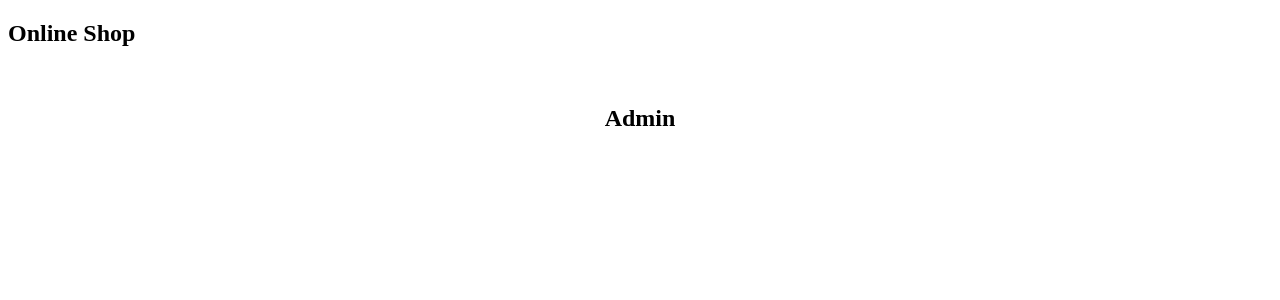
Repository: abdallahokasha/Servlets-and-JSP
Page: http://localhost/onlineShop/Admin.jsp
These files come from the project's save history. The page is drawn as it stood at one moment and after the next save; the edit follows.
The browser window is 1280 px wide. The pictures show the whole page.
The page is served by Tomcat 9. Other server files are loaded and not shown.

Above is the page before, as saved 2016-09-06 16:17:45.

### onlineShop/WebContent/Admin.jsp
<%@ page language="java" contentType="text/html; charset=UTF-8"
	pageEncoding="UTF-8"%>
<!DOCTYPE html PUBLIC "-//W3C//DTD HTML 4.01 Transitional//EN" "http://www.w3.org/TR/html4/loose.dtd">
<html>
<head>
<meta http-equiv="Content-Type" content="text/html; charset=UTF-8">
<title>Insert title here</title>
</head>
<body>
	<h2>Online Shop</h2>
	<br>
	<center>
		<h2>Admin</h2>
		<br>
	</center>

</body>
</html>

After the next save:
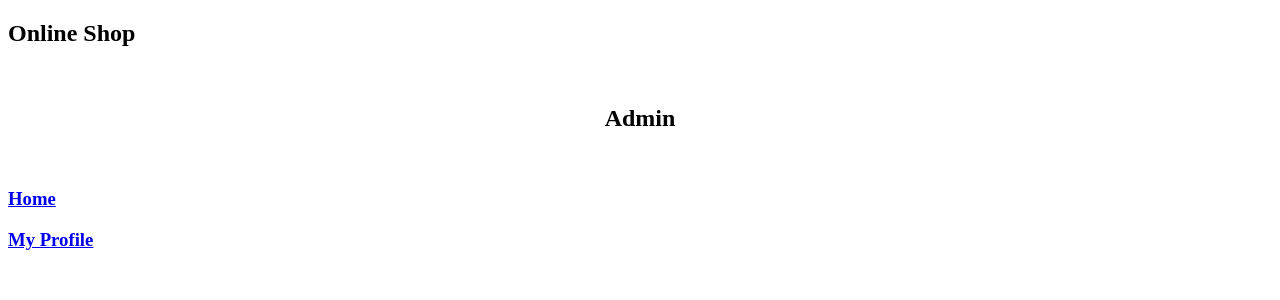
Saved 3 min 34 s later.
--- a/onlineShop/WebContent/Admin.jsp
+++ b/onlineShop/WebContent/Admin.jsp
@@ -13,6 +13,12 @@
 		<h2>Admin</h2>
 		<br>
 	</center>
+	<h3>
+		<a href="Home.jsp">Home</a>
+	</h3>
+	<h3>
+		<a href="MyProfile.jsp">My Profile</a>
+	</h3>
 
 </body>
 </html>
